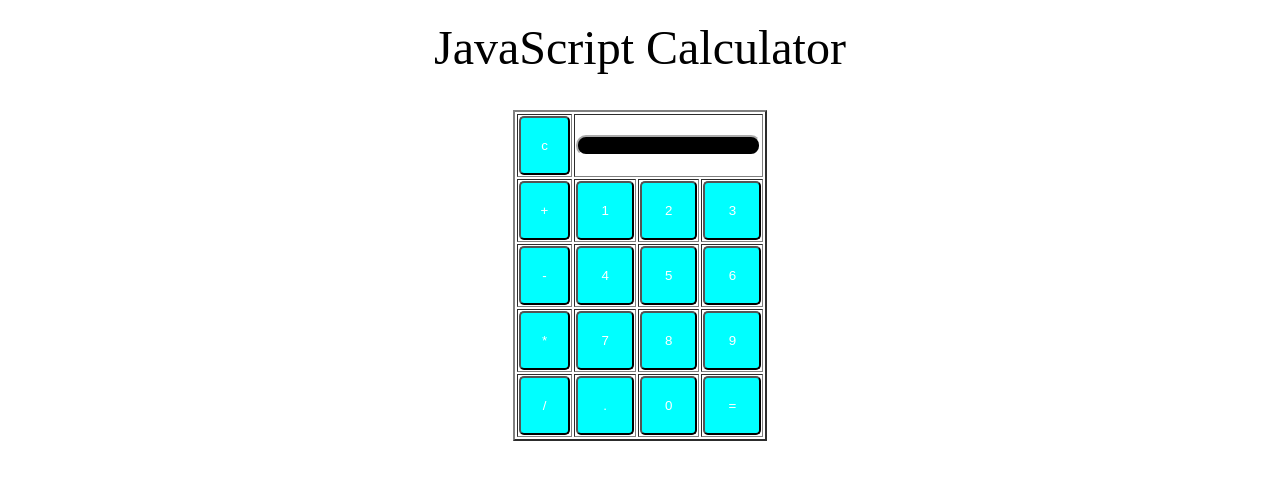
Repository: spidero7/Simple-Calculator
Page: index.html
An editor plug-in stored every save of this project. The page is shown before and after the next save, followed by the edit.
The browser window is 1280 px wide. The pictures show the whole page.

Above is the page before, as saved 2021-09-15 07:22:44.

After the next save:
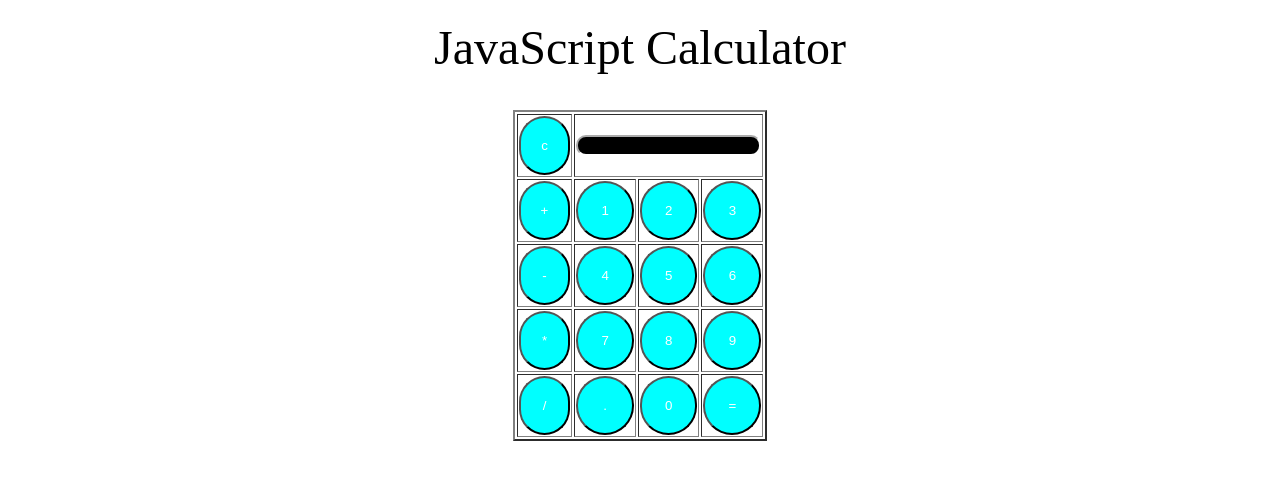
Saved 8 s later.
--- a/style.css
+++ b/style.css
@@ -24,7 +24,7 @@
 input[type="button"] {
     background-color: aqua;
     color: white;
-    border-radius: 5px;
+    border-radius: 50px;
     border-color: black;
     width: 100%;
     padding: 20px;

After the 2 saves that followed:
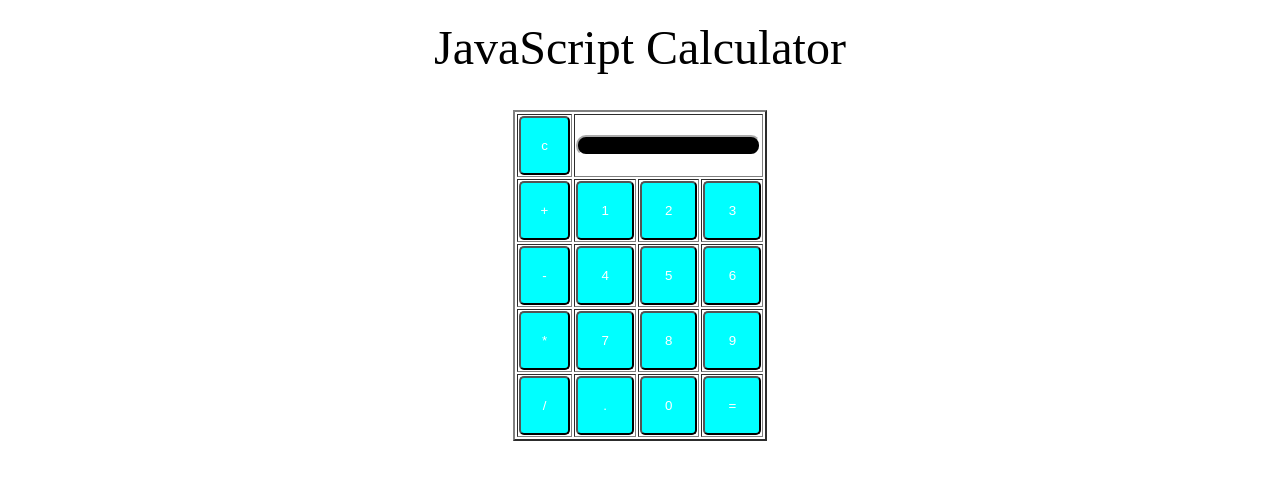
The 2 saves are shown as one change because they came seconds apart.
The last was saved 7 s later.
--- a/style.css
+++ b/style.css
@@ -24,7 +24,7 @@
 input[type="button"] {
     background-color: aqua;
     color: white;
-    border-radius: 50px;
+    border-radius: 5px;
     border-color: black;
     width: 100%;
     padding: 20px;
